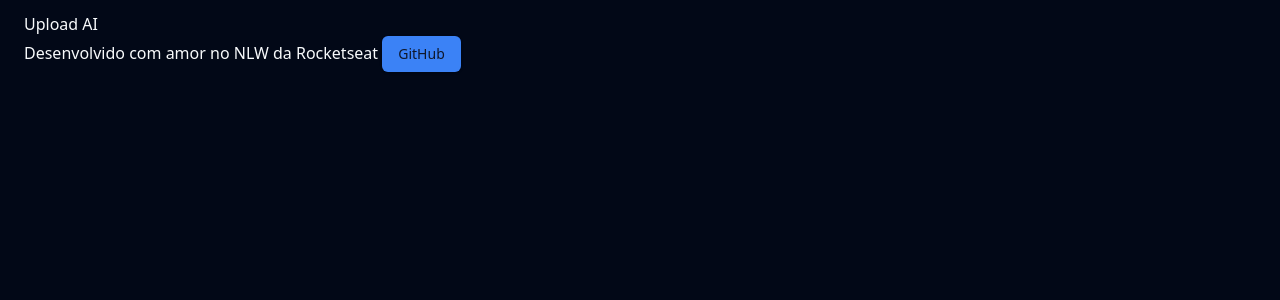
Repository: brksaian/nlw-2023-IA
Page: /
An editor plug-in stored every save of this project. The page is shown before and after the next save, followed by the edit.
The browser window is 1280 px wide. The pictures show the whole page.
The project was rebuilt for these pictures with package versions that can differ from the ones it lists, and the page was loaded fresh each time. Also part of the build but not shown: vite.config.ts.

Above is the page before, as saved 2023-09-12 21:33:05.

### index.html
<!DOCTYPE html>
<html lang="en">
  <head>
    <meta charset="UTF-8" />
    <meta name="viewport" content="width=device-width, initial-scale=1.0" />
    <title>Upload AI</title>
  </head>
  <body>
    <div id="root"></div>
    <script type="module" src="/src/main.tsx"></script>
  </body>
</html>

### src/App.tsx
import { Button } from "./components/ui/button";

export function App() {
  return (
    <div>
      <div className="px-6 py-3 ">
        <h1>Upload AI</h1>

        <div>
          <span>Desenvolvido com amor no NLW da Rocketseat </span>
          <Button>GitHub</Button>
        </div>
      </div>
    </div>
  );
}

### src/index.css
@tailwind base;
@tailwind components;
@tailwind utilities;

@layer base {
  :root {
    --background: 222.2 84% 4.9%;
    --foreground: 210 40% 98%;
    --card: 222.2 84% 4.9%;
    --card-foreground: 210 40% 98%;
    --popover: 222.2 84% 4.9%;
    --popover-foreground: 210 40% 98%;
    --primary: 217.2 91.2% 59.8%;
    --primary-foreground: 222.2 47.4% 11.2%;
    --secondary: 217.2 32.6% 17.5%;
    --secondary-foreground: 210 40% 98%;
    --muted: 217.2 32.6% 17.5%;
    --muted-foreground: 215 20.2% 65.1%;
    --accent: 217.2 32.6% 17.5%;
    --accent-foreground: 210 40% 98%;
    --destructive: 0 62.8% 30.6%;
    --destructive-foreground: 210 40% 98%;
    --border: 217.2 32.6% 17.5%;
    --input: 217.2 32.6% 17.5%;
    --ring: 224.3 76.3% 48%;

    --radius: 0.5rem;
  }
}

@layer base {
  * {
    @apply border-border;
  }
  body {
    @apply bg-background text-foreground;
  }
}

### src/components/ui/button.tsx
import * as React from "react"
import { Slot } from "@radix-ui/react-slot"
import { cva, type VariantProps } from "class-variance-authority"

import { cn } from "@/lib/utils"

const buttonVariants = cva(
  "inline-flex items-center justify-center rounded-md text-sm font-medium transition-colors focus-visible:outline-none focus-visible:ring-1 focus-visible:ring-ring disabled:pointer-events-none disabled:opacity-50",
  {
    variants: {
      variant: {
        default:
          "bg-primary text-primary-foreground shadow hover:bg-primary/90",
        destructive:
          "bg-destructive text-destructive-foreground shadow-sm hover:bg-destructive/90",
        outline:
          "border border-input bg-transparent shadow-sm hover:bg-accent hover:text-accent-foreground",
        secondary:
          "bg-secondary text-secondary-foreground shadow-sm hover:bg-secondary/80",
        ghost: "hover:bg-accent hover:text-accent-foreground",
        link: "text-primary underline-offset-4 hover:underline",
      },
      size: {
        default: "h-9 px-4 py-2",
        sm: "h-8 rounded-md px-3 text-xs",
        lg: "h-10 rounded-md px-8",
        icon: "h-9 w-9",
      },
    },
    defaultVariants: {
      variant: "default",
      size: "default",
    },
  }
)

export interface ButtonProps
  extends React.ButtonHTMLAttributes<HTMLButtonElement>,
    VariantProps<typeof buttonVariants> {
  asChild?: boolean
}

const Button = React.forwardRef<HTMLButtonElement, ButtonProps>(
  ({ className, variant, size, asChild = false, ...props }, ref) => {
    const Comp = asChild ? Slot : "button"
    return (
      <Comp
        className={cn(buttonVariants({ variant, size, className }))}
        ref={ref}
        {...props}
      />
    )
  }
)
Button.displayName = "Button"

export { Button, buttonVariants }

Loaded but not shown: src/main.tsx (common file); src/lib/utils.ts (common file); tailwind.config.js (common file)

After the next save:
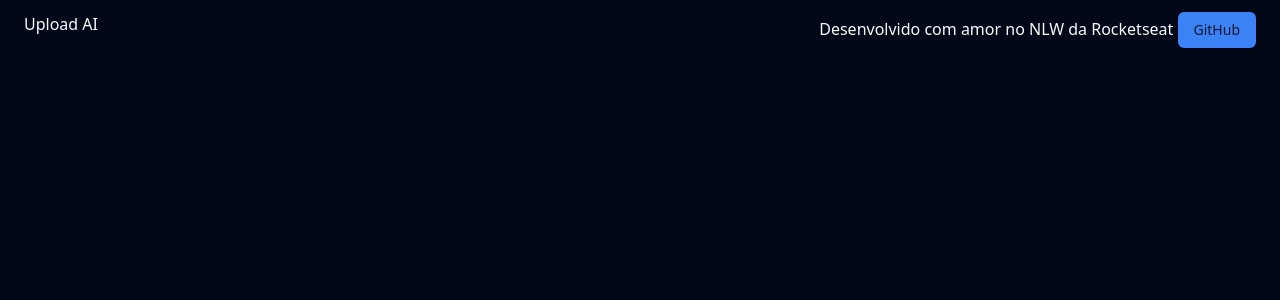
Saved 22 s later.
--- a/src/App.tsx
+++ b/src/App.tsx
@@ -3,7 +3,7 @@ import { Button } from "./components/ui/button";
 export function App() {
   return (
     <div>
-      <div className="px-6 py-3 ">
+      <div className="px-6 py-3 flex item-center justify-between">
         <h1>Upload AI</h1>
 
         <div>
